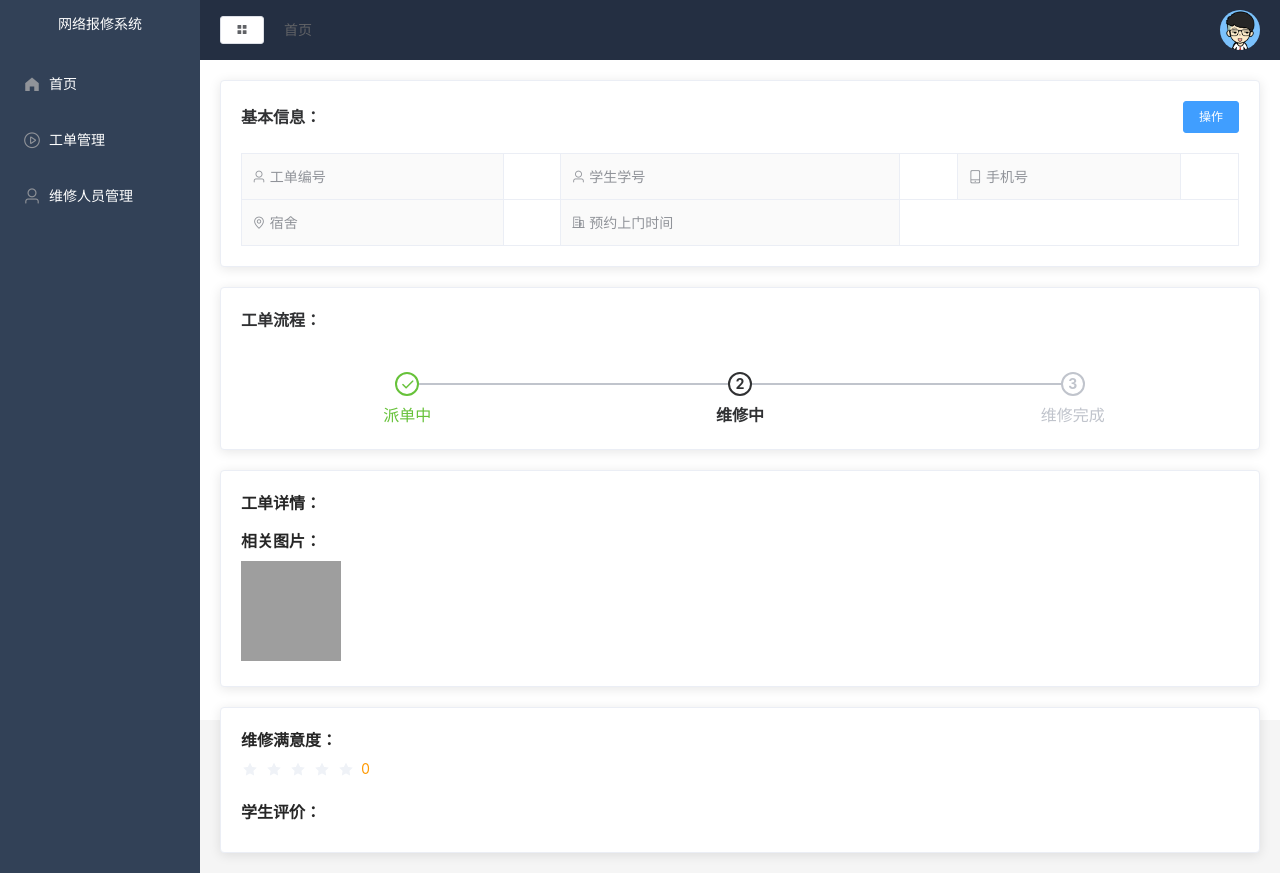
Repository: LtheW/vue
Page: /submit
These files come from the project's save history. The page is drawn as it stood at one moment and after the next save; the edit follows.
The browser window is 1280 px wide. The pictures show the whole page.
Pictures or frames that could not be fetched are drawn as grey boxes. The page's requests for data from a server got no answer. The project was rebuilt for these pictures with package versions that can differ from the ones it lists, and the page was loaded fresh each time. No one was signed in, and anything a server would have sent is missing. Also part of the build but not shown: vue.config.js, src/components/CommonTag.vue, src/views/Maintainer/Add.vue.

Above is the page before, as saved 2022-03-27 11:20:06.

### src/main.js
import Vue from 'vue'
import App from './App.vue'
import router from './router'
import store from './store'
//引入element ui
import ElementUI from 'element-ui';
import 'element-ui/lib/theme-chalk/index.css';
import '@/assets/scss/reset.scss' //全局样式
import Axios from 'axios';//后台交互
import Antd from 'ant-design-vue';
import 'ant-design-vue/dist/antd.css';
import 'font-awesome/scss/font-awesome.scss'
Vue.prototype.$http=Axios
//defaults 设置全局默认路径
Axios.defaults.baseURL="/"

Vue.use(ElementUI,Antd);
Vue.config.productionTip = false

new Vue({
  router,
  store,
  render: h => h(App)
}).$mount('#app')

### src/router/index.js
import Vue from 'vue'
import VueRouter from 'vue-router'
import Main from '../views/Main.vue'
import Submit from'../views/Submit.vue'
import Maintainer_Add from'../views/Maintainer/Add.vue'
Vue.use(VueRouter)

const routes = [
  {
    path:'/login',
    name:'Login',
    component:()=>import('@/views/Login')
  },
  {

    path: '/',
    name: 'Main',
    component: Main,
    children: [
      {
        path: '/',
        name: 'search',
        component: () => import('@/views/About')
      },
      {
        path: '/form',
        name: 'form',
        component: () => import('@/views/Form/Form')
      },
      {
        path: '/home',
        name: 'home',
        component: () => import('@/views/Maintainer/Maintainer')
      },
      {
        path: '/submit',
        name: 'submit',
        component: Submit,
      },
      {
        path: '/maintainer_add',
        name: 'add',
        component: Maintainer_Add,
      },
    ]
    },


]

const router = new VueRouter({
  mode:'history',
  base: process.env.BASE_URL,
  routes
})

export default router

### src/views/Main.vue
<template>
  <el-container style="height: 100%">
    <el-aside width="auto" height="100%" ><common-aside></common-aside></el-aside>
    <el-container>
      <el-header>
        <common-header></common-header>

      </el-header>
      <el-main><router-view /></el-main>
    </el-container>
  </el-container>
</template>

<script>
import CommonAside from "../components/CommonAside.vue";
import CommonHeader from "../components/CommonHeader.vue";
import CommonTag from "../components/CommonTag.vue";
export default {
  name: "Main",
  components: { CommonAside, CommonHeader, CommonTag },
};
</script>
, CommonTab
<style lang="scss" scoped>
.el-header {
  background: #242F42;
}
.el-main {
  padding-top: 20rpx;
}
</style>

### src/views/Submit.vue
<template>
  <div class="form">
    <div>
      <el-card>
        <el-descriptions
          class="margin-top"
          title="基本信息："
          :column="3"
          :size="size"
          border
        >
          <template slot="extra">
            <el-button type="primary" size="small">操作</el-button>
          </template>
          <el-descriptions-item width="150">
            <template slot="label">
              <i class="el-icon-user"></i>
              工单编号
            </template>
            {{ form.workorderNumber }}
          </el-descriptions-item>
          <el-descriptions-item>
            <template slot="label">
              <i class="el-icon-user"></i>
              学生学号
            </template>
            {{ form.fkStudentNumber }}
          </el-descriptions-item>
          <el-descriptions-item>
            <template slot="label">
              <i class="el-icon-mobile-phone"></i>
              手机号
            </template>
            {{ form.contactInformation }}
          </el-descriptions-item>
          <el-descriptions-item>
            <template slot="label">
              <i class="el-icon-location-outline"></i>
              宿舍
            </template>
            {{ form.address }}
          </el-descriptions-item>
          <el-descriptions-item>
            <template slot="label">
              <i class="el-icon-office-building"></i>
              预约上门时间
            </template>
            {{ form.fixedTime }}
          </el-descriptions-item>
        </el-descriptions>
      </el-card>
    </div>

    <div class="p">
      <el-card>
        <i class="title">工单流程：</i>
        <div>
          <el-steps
            :space="600"
            :active="1"
            finish-status="success"
            align-center="true"
            style="padding-top: 40px"
          >
            <el-step title="派单中"></el-step>
            <el-step title="维修中"></el-step>
            <el-step title="维修完成"></el-step>
          </el-steps>
        </div>
      </el-card>
      <div class="p">
        <el-card>
          <h5 class="title">工单详情：</h5>
          <p>{{ form.workorderContent }}</p>
          <h5 class="title">相关图片：</h5>
          <el-image
            style="width: 100px; height: 100px"
            :src="url"
            :preview-src-list="srcList"
          >
          </el-image>
        </el-card>
        <div class="p">
        <el-card>
          <h5 class="title">维修满意度：</h5>
          <el-rate
            v-model="form.maintenanceSatisfaction"
            disabled
            show-score
            text-color="#ff9900"
            score-template="{value}"
          >
          </el-rate>
          <div class="p">
          <h5 class="title">学生评价：</h5>
          </div>
        </el-card>
        </div>
      </div>
    </div>
  </div>
</template>
<script>
export default {
  data() {
    return {
      form: {},
      workorderNumber: "",
      url: "https://fuss10.elemecdn.com/e/5d/4a731a90594a4af544c0c25941171jpeg.jpeg",
      srcList: [],
    };
  },
  created() {
    this.workorderNumber = this.$route.params.workorderNumber;
    this.Load();
  },
  methods: {
    goBack() {
      this.$router.go(-1);
    },
    onSubmit() {},
    Load() {
      this.$http({
        url: "/api/administer/getorder",
        method: "get",
        headers: { "X-Requested-With": "XMLHttpRequest" },
        params: {
          workorder_number: this.workorderNumber,
        }, //传值 如：params:{id:1,name:"gw"}
      }).then((res) => {
        this.form = res.data.data[0];
        console.log(this.form);
        var jsonstr = JSON.parse(res.data.data[0].pictureAddress);
        var arr = this.srcList;
        for (var i = 0; i < 3; i++) {
          if (jsonstr[i] == null) {
            break;
          }
          arr.push(jsonstr[i]);
        }
        this.srcList = arr;
      });
    },
  },
};
</script>

<style >
.form {
  display: flex;
  flex-direction: column;
  justify-content: center;
  align-content: center;
}

.title {
  font-size: 16px;
  font-weight: 700;
}
.p {
  padding-top: 20px;
}
.border {
  border: 1px solid grey;
}
</style>

### src/store/tab.js
export default{
    state:{
        isCollapse: false
    },
    mutations:{
        collapseMenu(state){
            state.isCollapse=!state.isCollapse
        }
    }
}

### src/components/CommonAside.vue
<template>
  <el-menu
    class="el-menu-vertical-demo"
    :collapse="isCollapse"
    background-color="#324157"
    text-color="#fff"
    active-text-color="#ffd04b"
  >
    <h3 v-show="!isCollapse">网络报修系统</h3>
    <h3 v-show="isCollapse">后台</h3>
    <el-menu-item
      :index="item.path"
      v-for="item in noChildren"
      :key="item.path"
      @click="clickMenu(item)"
    >
      <i :class="'el-icon-' + item.icon"></i>
      <span slot="title">{{ item.label }}</span>
    </el-menu-item>
    <el-submenu :index="item.label" v-for="item in hasChildren" :key="item.path">
      <template slot="title">
        <i :class="'el-icon-' + item.icon"></i>
        <span slot="title">{{ item.label }}</span>
      </template>
      <el-menu-item-group>
        <el-menu-item
          :index="subItem.path"
          v-for="(subItem, subIndex) in item.children"
          :key="subIndex"
          @click="clickMenu(item)"
        >
          <i :class="'el-icon-' + subItem.icon"></i>
          <span slot="title">{{ subItem.label }}</span>
        </el-menu-item>
      </el-menu-item-group>
    </el-submenu>
  </el-menu>
</template>

<script>
export default {
  data() {
    return {
      menu: [
        {
          path: "/",
          name: "search",
          label: "首页",
          icon: "s-home",
          url: "Maintainer/Maintainer",
        },
        {
          path: "/form",
          name: "form",
          label: "工单管理",
          icon: "video-play",
          url: "Form/Form",
        },
        {
          path: "/home",
          name: "home",
          label: "维修人员管理",
          icon: "user",
          url: "Home/Home",
        },
      ],
    };
  },
  methods: {
    // handleOpen(key, keyPath) {
    //   console.log(key, keyPath);
    // },
    // handleClose(key, keyPath) {
    //   console.log(key, keyPath);
    // },
    clickMenu(item) {
      this.$router.push({ name: item.name });
      this.$store.commit("selectMenu", item);
    },
  },
  computed: {
    noChildren() {
      return this.menu.filter((item) => !item.children);
    },
    hasChildren() {
      return this.menu.filter((item) => item.children);
    },
    isCollapse() {
      return this.$store.state.tab.isCollapse;
    },
  },
};
</script>

<style lang="scss" scoped>
.el-menu {
  height: 100%;
  border: none;
  h3 {
    color: #ffffff;
    text-align: center;
    line-height: 48px;
  }
}
.el-menu-vertical-demo:not(.el-menu--collapse) {
  width: 200px;
  min-height: 100vh;
}
</style>

### src/components/CommonHeader.vue
<template>
  <header>
    <div class="l-content">
      <el-button plain icon="el-icon-menu" size="mini" @click="handleMenu"></el-button>
      <el-breadcrumb>
        <el-breadcrumb-item :to="{ path: '/' }">首页</el-breadcrumb-item>
        <el-breadcrumb-item :to="current.path" v-if="current">{{
          current.label
        }}</el-breadcrumb-item>
      </el-breadcrumb>
    </div>
    <div class="r-content">
      <el-dropdown trigger="click" size="mini">
        <span class="el-dropdown-link">
          <img :src="userImg" class="user" />
        </span>
        <el-dropdown-menu slot="dropdown">
          <el-dropdown-item>个人中心</el-dropdown-item>
          <el-dropdown-item @click.native="logOut">退出</el-dropdown-item>
        </el-dropdown-menu>
      </el-dropdown>
    </div>
  </header>
</template>

<script>
import { mapState } from "vuex";
export default {
  data() {
    return {
      userImg: require("../assets/images/user.png"),
    };
  },
  methods: {
    handleMenu() {
      this.$store.commit("collapseMenu");
    },
    logOut() {
      this.$store.commit("clearToken");
      this.$store.commit("clearMenu");
      // location.reload();
      this.$router.push("/login");
    },
  },
  computed: {
    ...mapState({
      current: (state) => state.tab.currentMenu,
    }),
  },
};
</script>

<style lang="scss" scoped>
header {
  display: flex;
  height: 100%;
  align-items: center;
  justify-content: space-between;
}

.l-content {
  display: flex;
  align-items: center;
  .el-button {
    margin-right: 20px;
  }
}

.r-content {
  .user {
    width: 40px;
    height: 40px;
    border-radius: 50%;
  }
}
</style>

<style lang="scss">
.el-breadcrumb__item {
  .el-breadcrumb__inner {
    color: #666;
    font-weight: normal;
  }
  &:last-child {
    .el-breadcrumb__inner {
      color: white;
    }
  }
}
</style>

Loaded but not shown: public/index.html (common file); src/App.vue (common file); src/store/index.js (common file); src/assets/scss/reset.scss (common file)

After the next save:
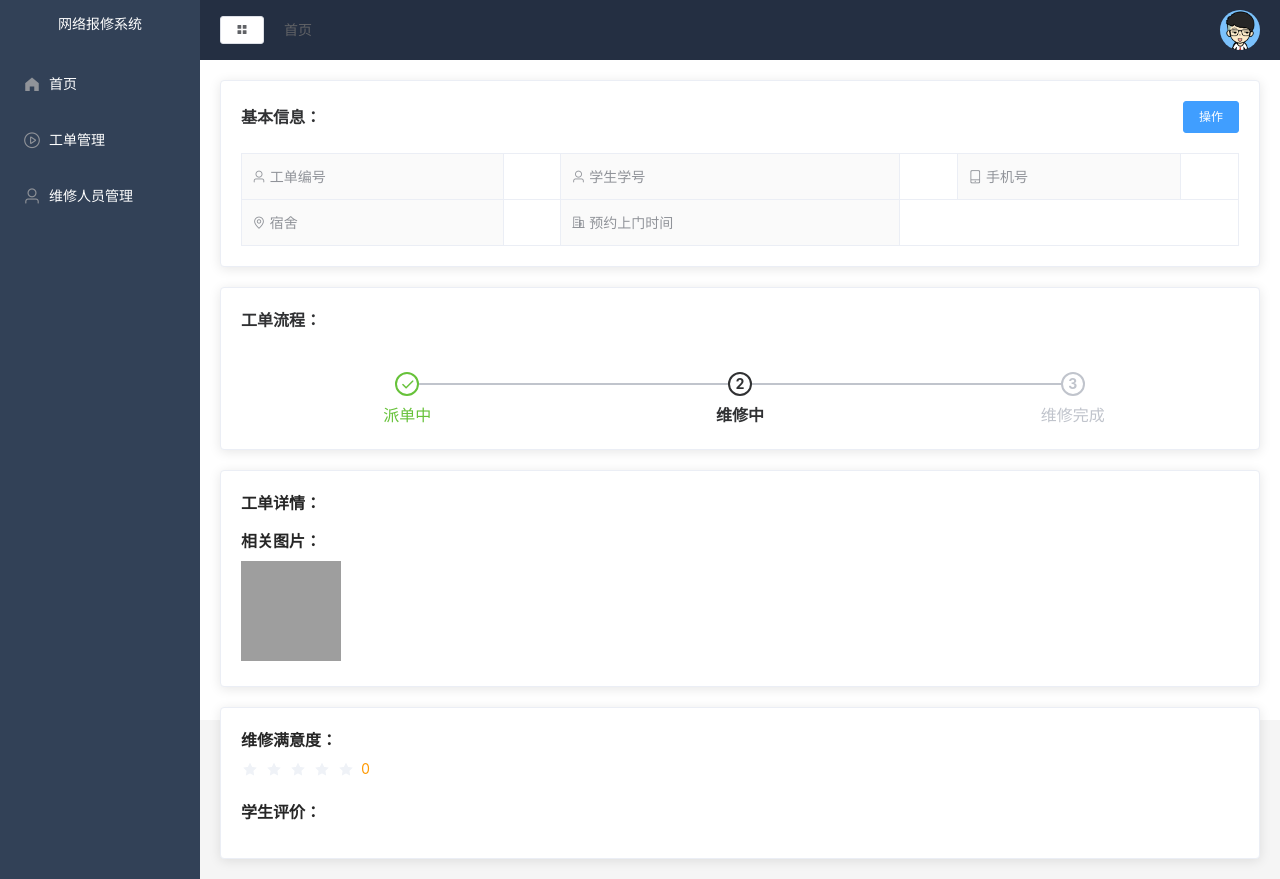
Saved 71 s later.
--- a/src/views/Submit.vue
+++ b/src/views/Submit.vue
@@ -93,6 +93,7 @@
           </el-rate>
           <div class="p">
           <h5 class="title">学生评价：</h5>
+          <p>{{ form.evaluation }}</p>
           </div>
         </el-card>
         </div>
